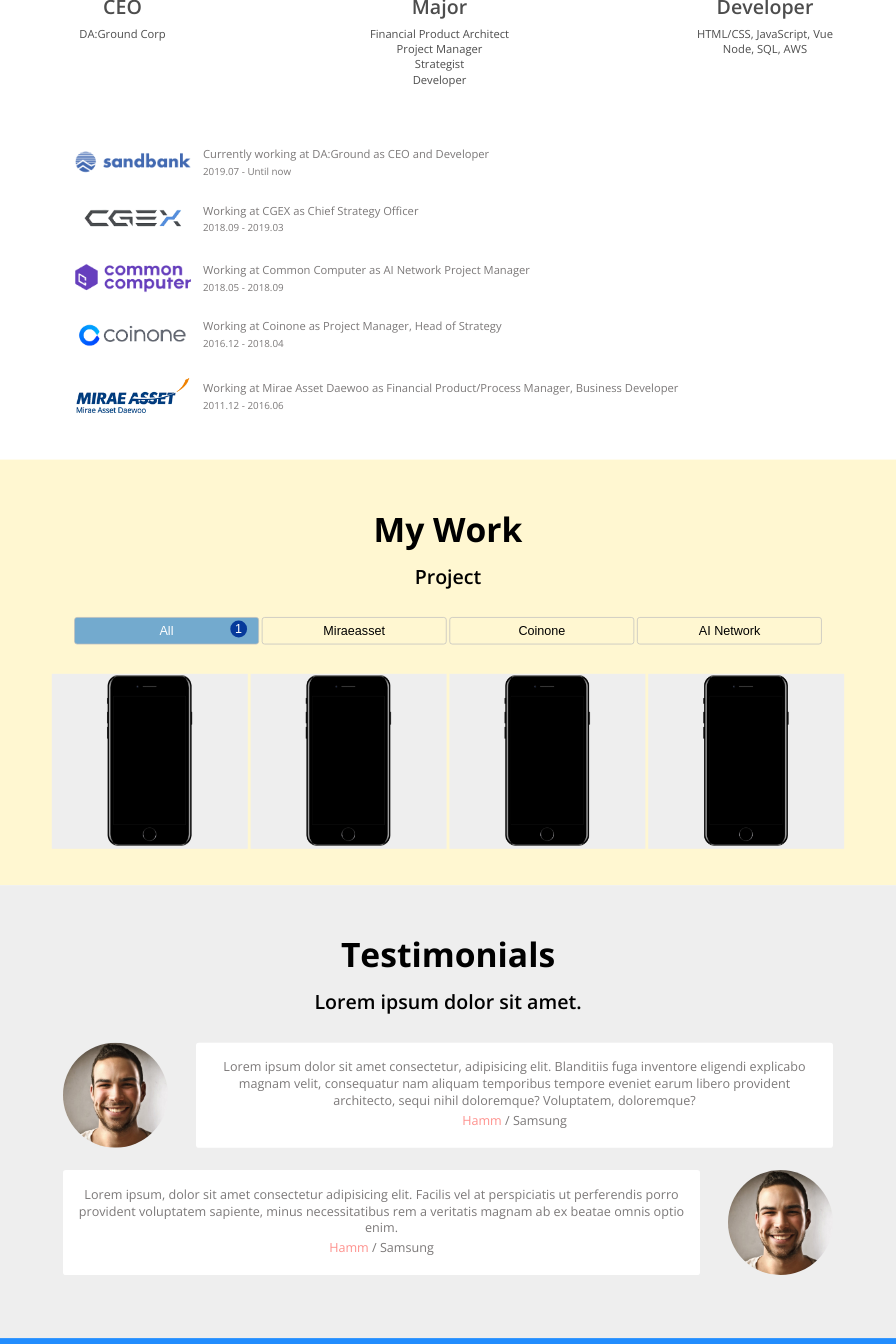
Repository: hammlee/portfolio
Page: index.html
The author's editor kept a copy of each file at every save. The page is drawn from the files as they stood at one save, then again after the next save.
The browser window is 1280 px wide. The pictures show the part of the page from y = 1211 to 3131 px (the page is 3531 px tall), at 70% of full size.
Some web libraries are served in a nearby version.

Above is the page before, as saved 2021-04-21 18:47:55.

After the next save:
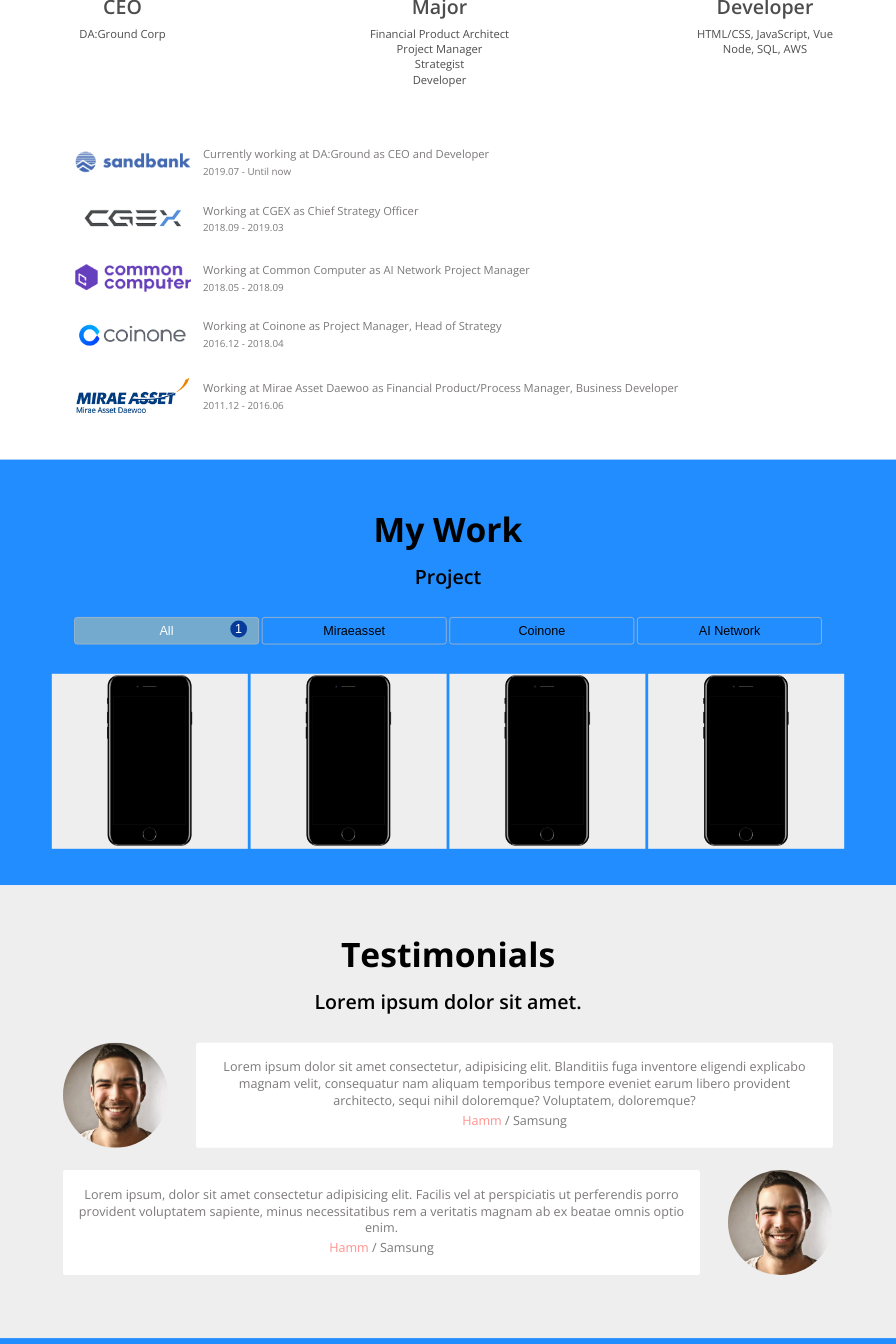
Saved 19 s later.
--- a/style.css
+++ b/style.css
@@ -232,7 +232,7 @@
 
 /* Skills */
 #skills {
-  background-color: var(--color-light-blue);
+  background-color: var(--color-yellow);
 }
 .skillset {
   display: flex;
@@ -278,7 +278,7 @@
 
 /* Work */
 #work {
-  background-color: var(--color-yellow);
+  background-color: var(--color-light-blue);
 }
 .work__categories {
   margin: 40px;
